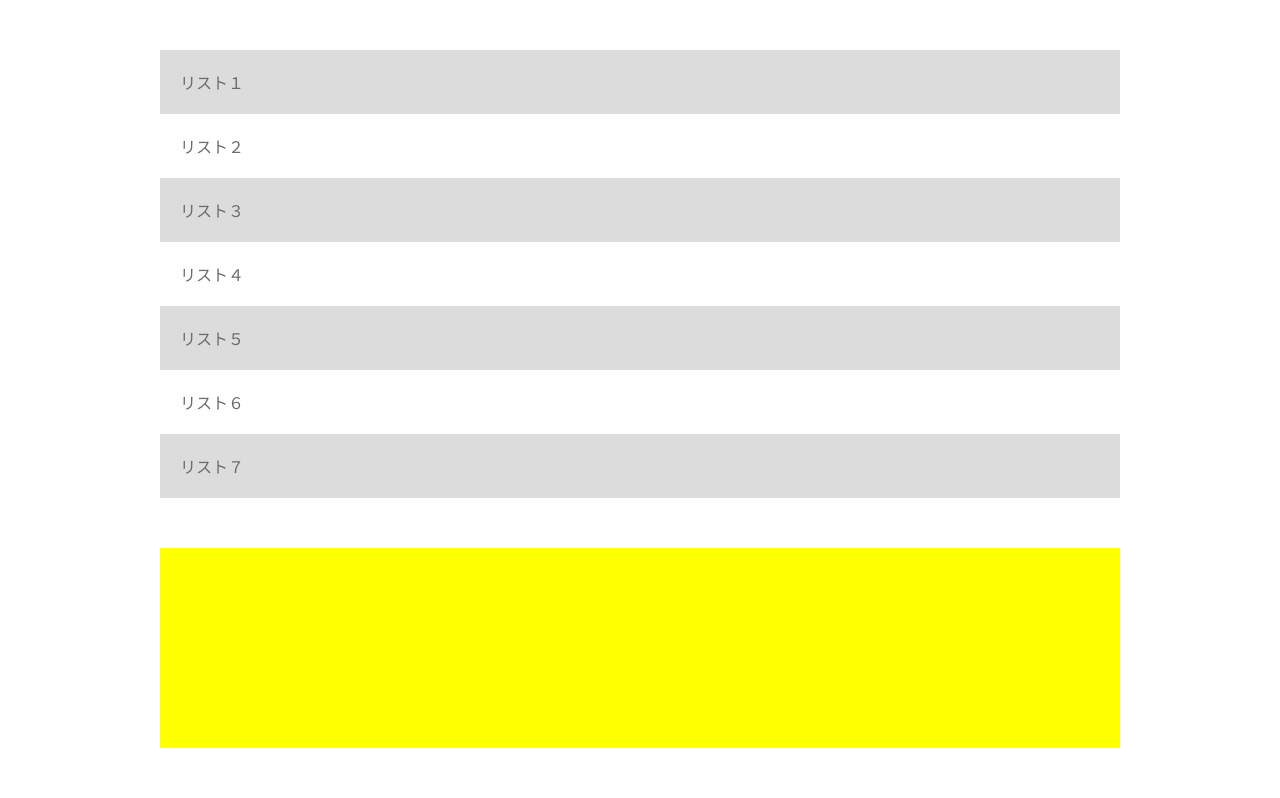
Repository: kiruha313/DWC
Page: exersise8/index.html
The author's editor kept a record of every edit. The page is drawn from the files as they stood at one moment, then again after the next edit.
The browser window is 1280 px wide. The pictures show the whole page.

Above is the page before.

After the next edit:
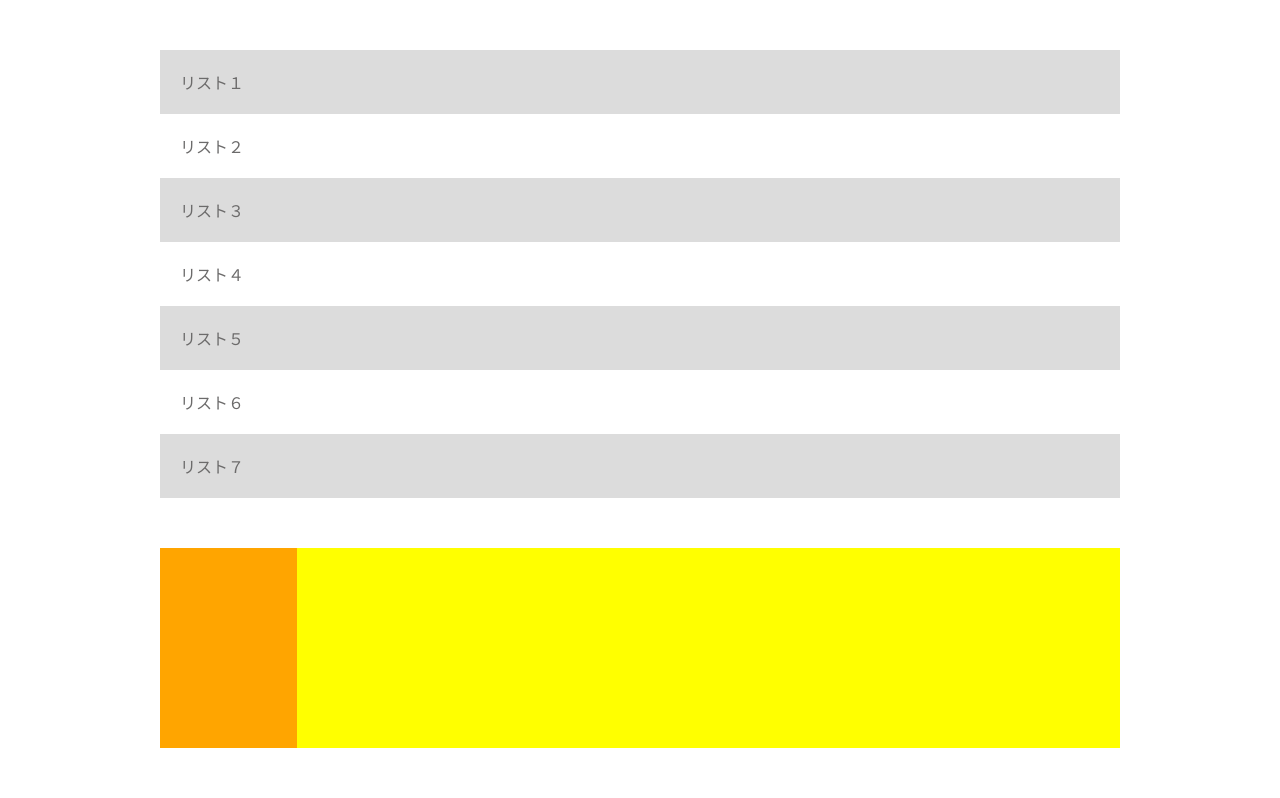
The edit:
--- a/exersise8/style.css
+++ b/exersise8/style.css
@@ -26,7 +26,7 @@
   justify-content: flex;
 }
 
-.color-box:nth-child(1,5,9) {
+.color-box:nth-child(1) {
   width: 30%;
   height: 200px;
   background-color: orange;
